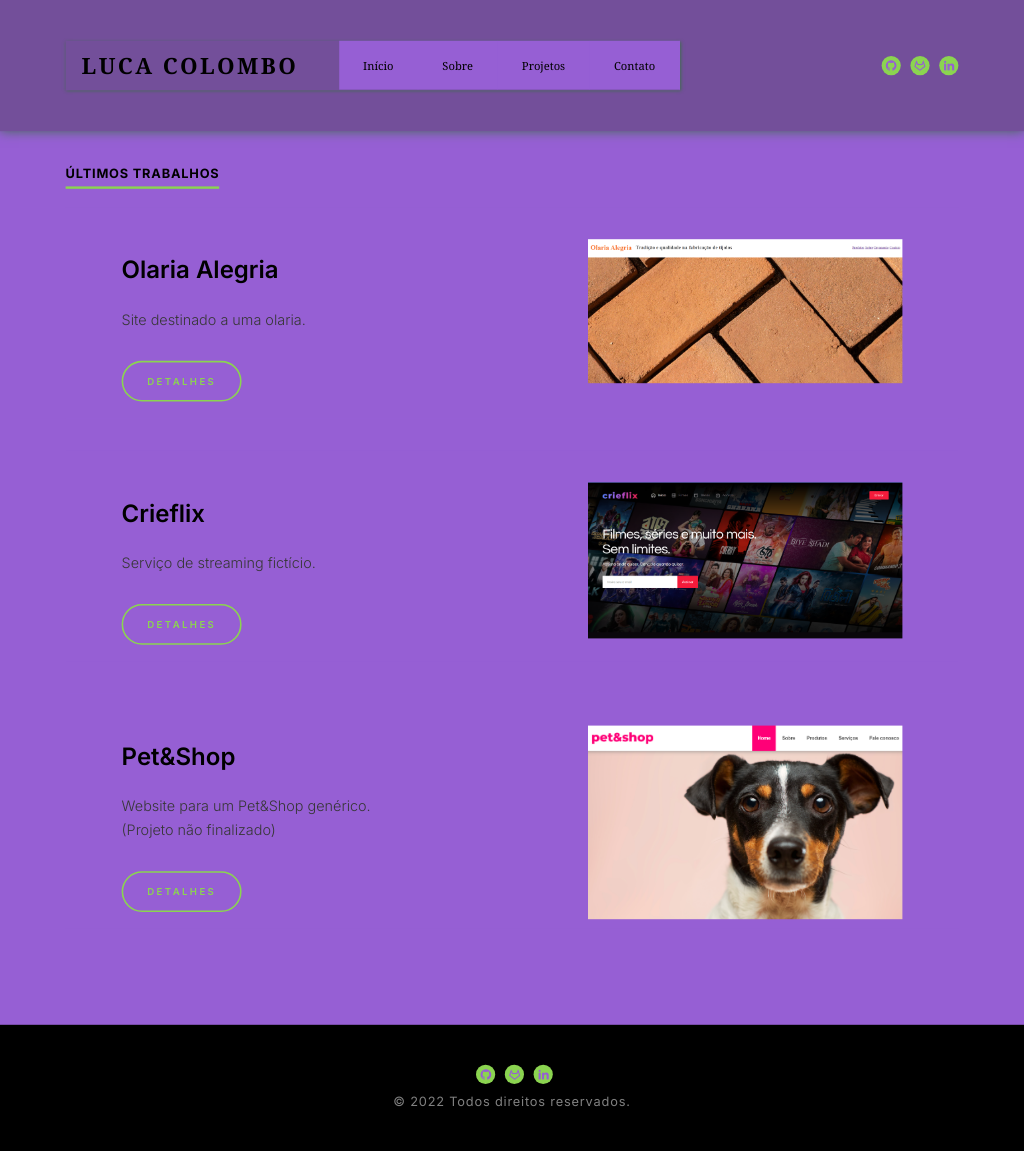
Repository: lxcxcxlxmb/portfolio
Page: projetos.html
These files come from the project's save history. The page is drawn as it stood at one moment and after the next save; the edit follows.
The browser window is 1280 px wide. The pictures show the whole page, at 80% of full size.

Above is the page before, as saved 2022-05-25 22:32:19.

After the next save:
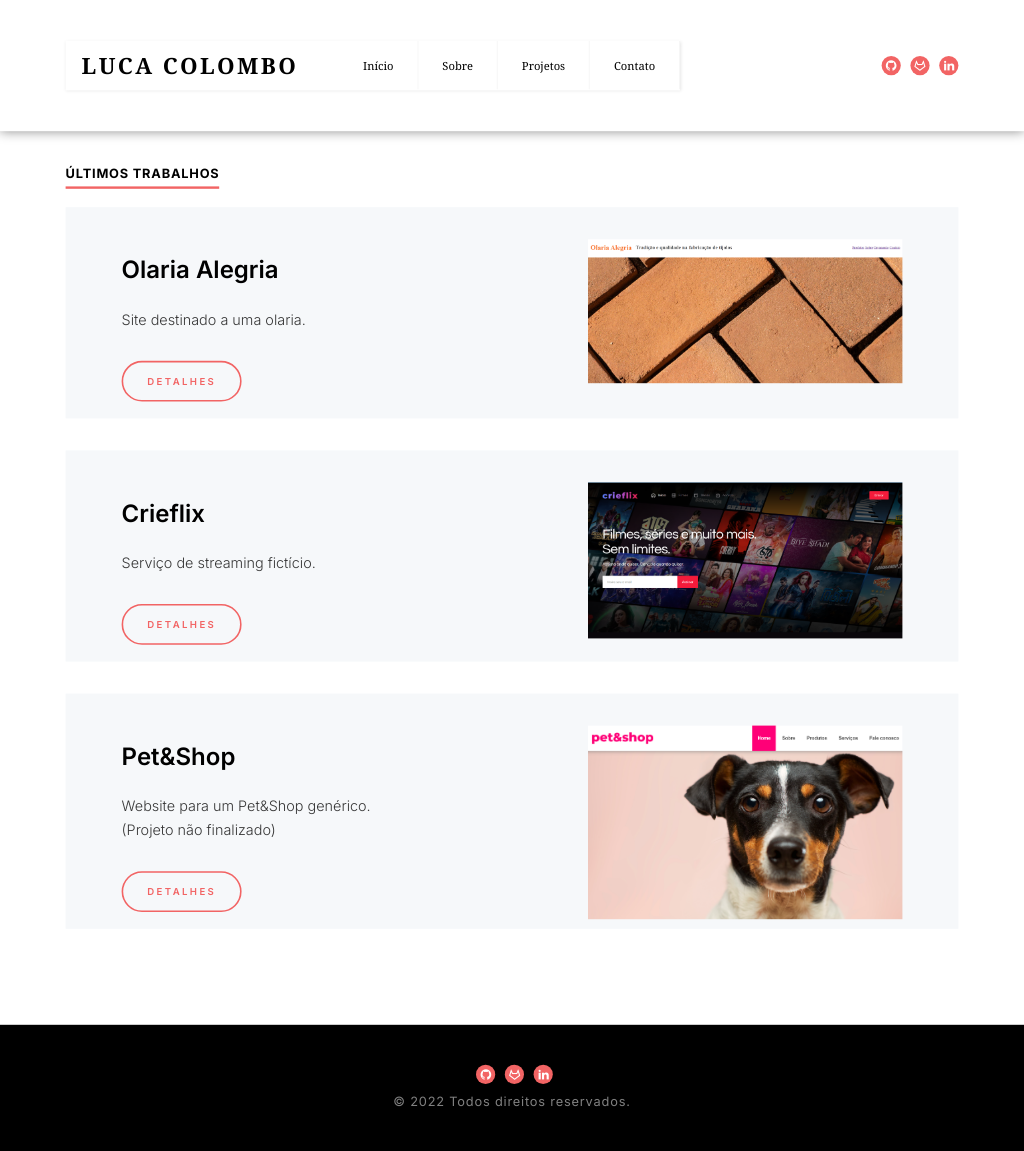
Saved 5 min 16 s later.
--- a/styles.css
+++ b/styles.css
@@ -15,13 +15,13 @@ Theme Name: Jason Stroff
 ----------------------------------------------------------------*/
 html {
 	font-family: 'Inter', sans-serif;
-	background-color: #965fd4
+	background-color: #EFE5FD
 }
 
 body {
 	font-family: 'Inter', sans-serif;
 	overflow-x: hidden;
-	background-color: #965fd4;
+	background-color: #FFF;
 	font-weight: 400;
 	font-style: normal;
 	color: #373737;
@@ -57,13 +57,13 @@ iframe {
 ::-moz-selection {
 	background: #000;
 	text-shadow: none;
-	color: #965fd4
+	color: #FFF
 }
 
 ::selection {
 	background: #000;
 	text-shadow: none;
-	color: #965fd4
+	color: #FFF
 }
 
 img {
@@ -124,13 +124,13 @@ img {
 	top: 0;
 	width: 100%;
 	z-index: 5;
-	background-color: #734f9a;
+	background-color: #FFF;
 	padding: 70px 0;
 	transition-delay: 0s;
 	transition-duration: 0.4s;
 	transition-property: all;
 	transition-timing-function: ease;
-	box-shadow: 0 0 1em #3f6d4e;
+	box-shadow: 0 0 1em #858585;
 	display: flex;
 	align-items: center;
 	justify-content: space-between;
@@ -138,7 +138,7 @@ img {
 
 .ds-header.ds-fixed-header {
 	padding: 20px 0;
-	box-shadow: 0px 0px 20px #3f6d4e;
+	box-shadow: 0px 0px 20px rgba(0, 0, 0, 0.25);
 }
 
 .ds-header-inner {
@@ -167,7 +167,7 @@ img {
 	height: 40px;
 	background-color: #000;
 	border-radius: 4px;
-	color: #965fd4;
+	color: #FFF;
 	font-size: 22px;
 	font-weight: 600;
 	text-align: center;
@@ -194,10 +194,10 @@ img {
 
 .ds-social li a {
 	border-radius: 100%;
-	color: #965fd4;
+	color: #FFF;
 	width: 24px;
 	height: 24px;
-	background-color: #8bd450;
+	background-color: #F26464;
 	display: flex;
 	justify-content: center;
 	align-items: center;
@@ -224,8 +224,8 @@ img {
 
 
 .header {
-	background-color: #734f9a;
-	box-shadow: 1px 1px 4px 0 #3f6d4e;
+	background-color: #fff;
+	box-shadow: 1px 1px 4px 0 rgba(0,0,0,.1);
 	position: absolute;
 	align-items: center;
 	vertical-align: middle;
@@ -239,20 +239,20 @@ img {
 	font-family:Georgia, 'Times New Roman', Times, serif;
 	list-style: none;
 	overflow: hidden;
-	background-color: #965fd4;
+	background-color: #fff;
   }
 
   .header li a {
 	display: block;
 	padding: 20px 20px;
-	border-right: 1px solid #965fd4;
+	border-right: 1px solid #f4f4f4;
 	text-decoration: none;
   }
 
   .header li a:hover,
   .header .menu-btn:hover {
-	background-color: #965fd4;
-	color: #8bd450;
+	background-color: #f4f4f4;
+	color: #F26464;
   }
 
   .header .logo {
@@ -400,7 +400,7 @@ img {
 
 .ds-numbervalulist strong {
 	display: block;
-	color: #8bd450;
+	color: #F26464;
 	font-size: 36px;
 	font-weight: 800;
 }
@@ -425,7 +425,7 @@ img {
 	text-transform: uppercase;
 	letter-spacing: 1px;
 	font-size: 16px;
-	border-bottom: 3px solid #8bd450;
+	border-bottom: 3px solid #F26464;
 	padding-bottom: 7px;
 	margin-bottom: 23px;
 }
@@ -437,7 +437,7 @@ img {
 	text-transform: uppercase;
 	letter-spacing: 1px;
 	font-size: 16px;
-	border-bottom: 3px solid #8bd450;
+	border-bottom: 3px solid #F26464;
 	padding-bottom: 7px;
 	margin-bottom: 23px;
 }
@@ -457,15 +457,15 @@ img {
 	line-height: 13px;
 	font-weight: 600;
 	letter-spacing: 3px;
-	color: #8bd450;
+	color: #F26464;
 	padding: 17px 30px;
-	border: 2px solid #8bd450;
+	border: 2px solid #F26464;
 	border-radius: 60px;
 }
 
 .ds-button:hover {
-	background-color: #8bd450;
-	color: #965fd4;
+	background-color: #F26464;
+	color: #FFF;
 }
 
 .ds-arrow-button i {
@@ -495,7 +495,7 @@ img {
 	color: #373737;
 	font-size: 16px;
 	padding: 10px 20px;
-	background-color: #965fd4;
+	background-color: #FFF;
 	border: 1px solid #D7D7D7;
 	border-radius: 27px;
 	margin-right: 15px;
@@ -586,7 +586,7 @@ span.ds-department {
 	padding-left: 70px;
 	padding-top: 40px;
 	padding-right: 70px;
-	background-color: #965fd4;
+	background-color: #F6F8FA;
 	margin-bottom: 40px;
 }
 
@@ -723,7 +723,7 @@ span.ds-department {
 }
 
 .ds-copyright a:hover {
-	color: #8bd450;
+	color: #F26464;
 }
 
 
@@ -917,9 +917,9 @@ form {
 
 input:focus {
     outline: none;
-      border: 2px solid #8bd450;
+      border: 2px solid #F26464;
   }
 
   .link a:hover {
-	color: #8bd450;
-}
+	color: #F26464;
+}
